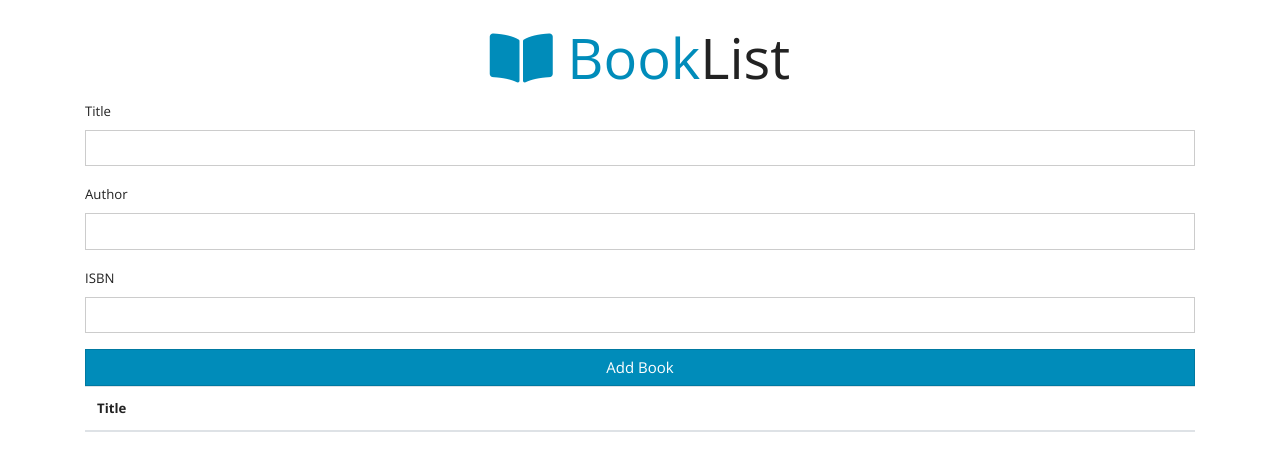
Repository: carrascomcesar/JSBOOKLIST
Page: index.html
These files come from the project's save history. The page is drawn as it stood at one moment and after a run of saves; the edit follows.
The browser window is 1280 px wide. The pictures show the whole page.
Some web libraries are served in a nearby version.

Above is the page before, as saved 2021-02-01 10:44:23.

After the next 2 saves:
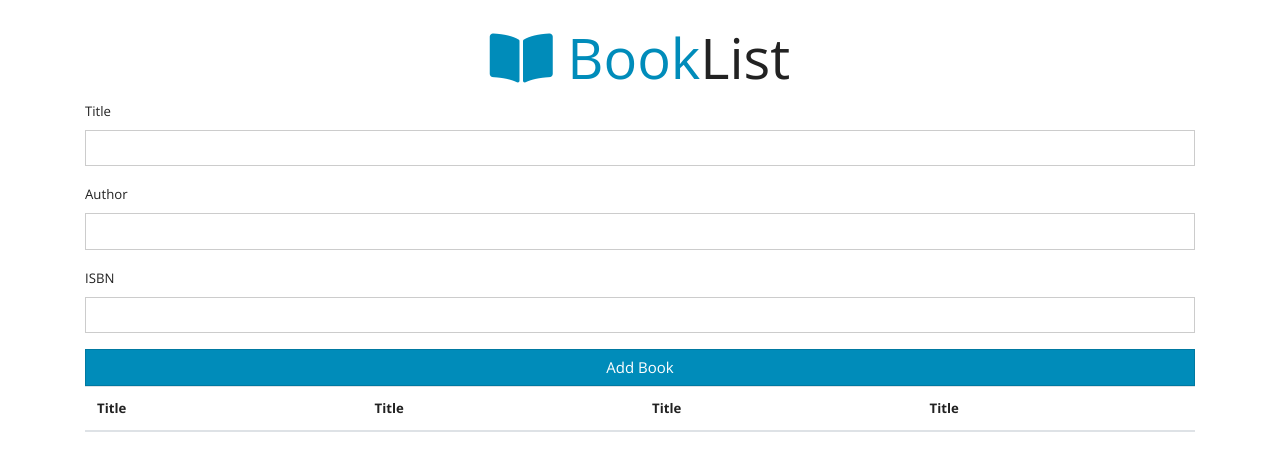
The 2 saves are shown as one change because they came seconds apart.
The last was saved 14 s later.
--- a/index.html
+++ b/index.html
@@ -35,6 +35,12 @@
                 <tr>
                     <th>
                         Title
+                    </th><th>
+                        Title
+                    </th><th>
+                        Title
+                    </th><th>
+                        Title
                     </th>
                 </tr>
             </thead>
